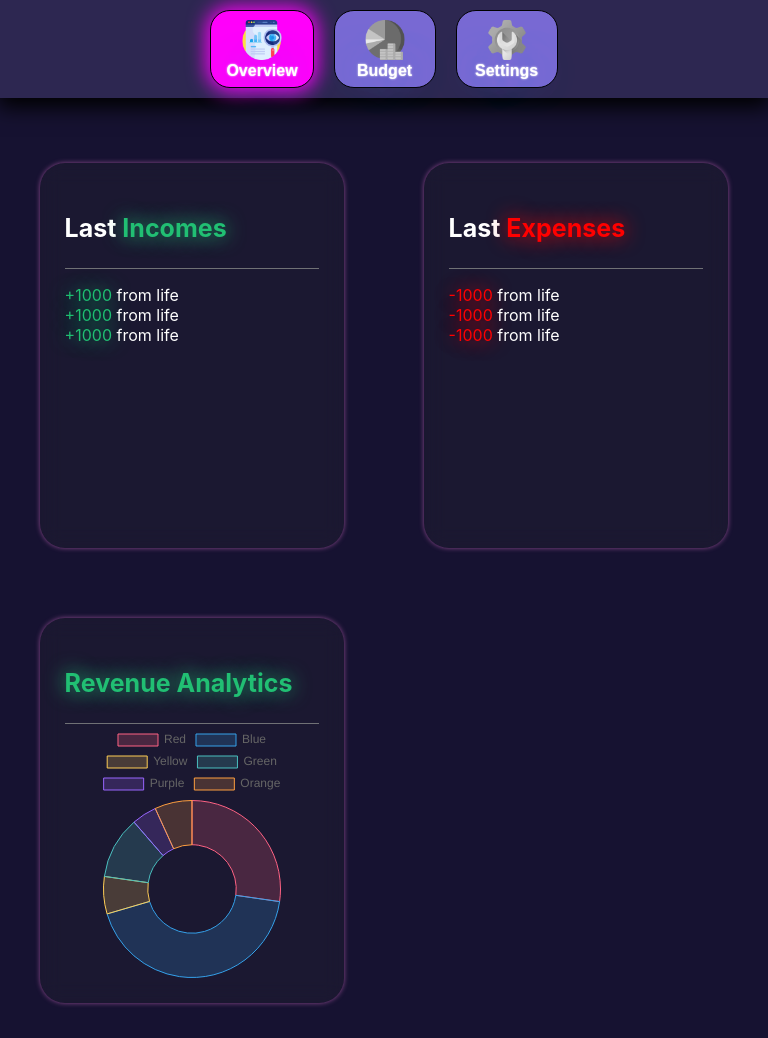
Repository: Minkeani/Money-Manager
Page: /Overview
An editor plug-in stored every save of this project. The page is shown before and after the next save, followed by the edit.
The browser window is 768 px wide. The pictures show the whole page.
The project was rebuilt for these pictures with package versions that can differ from the ones it lists, and the page was loaded fresh each time. Also part of the build but not shown: src/components/Budget/Budget.module.css, src/components/Budget/Budget.jsx, src/components/Settings/Settings.jsx, src/components/NotFound/NotFound.module.css, src/components/NotFound/NotFound.jsx.

Above is the page before, as saved 2022-07-16 19:48:58.

After the next save:
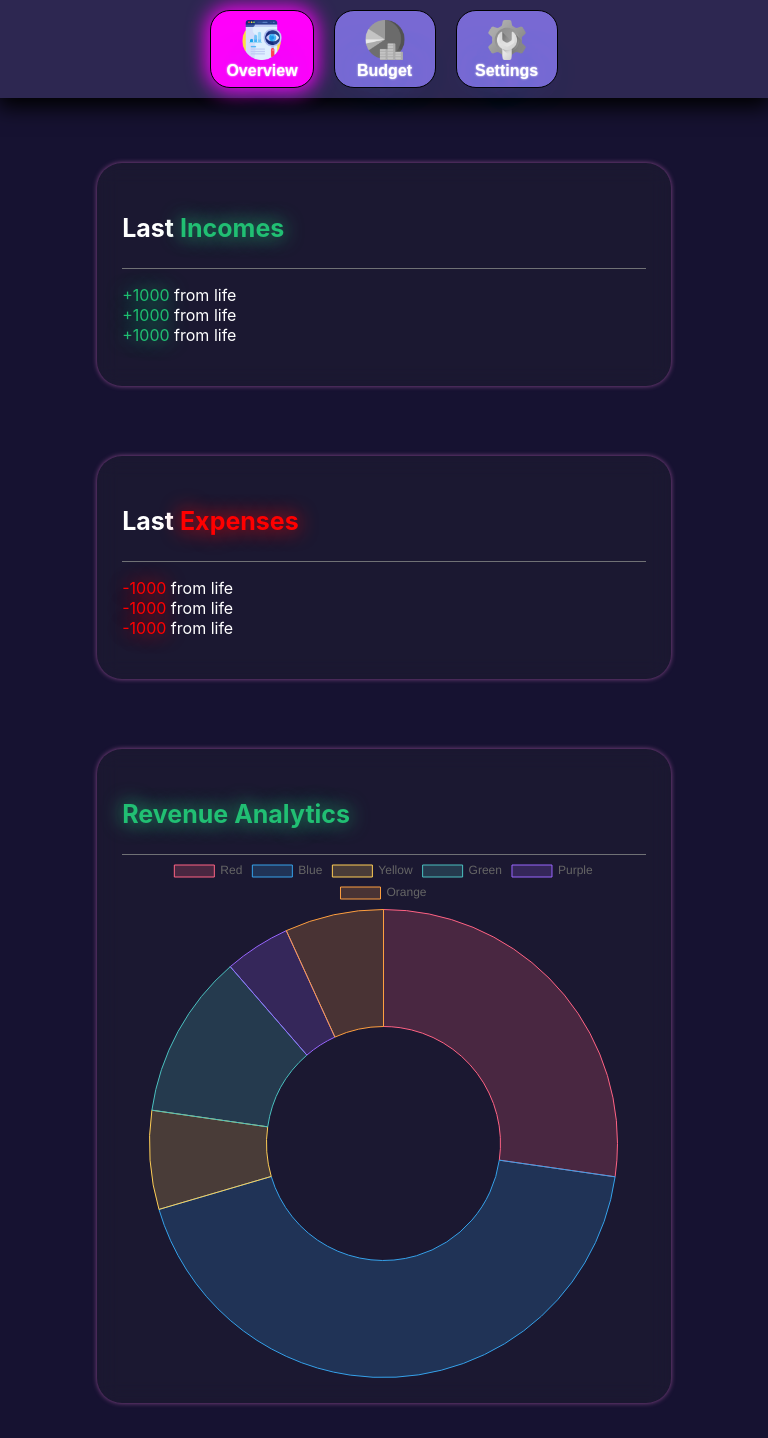
Saved 17 s later.
--- a/src/components/Overview/Overview.module.css
+++ b/src/components/Overview/Overview.module.css
@@ -9,6 +9,7 @@
 
 @media (max-width: 900px) {
     .container  {
+        grid-template-columns: 1fr;
         grid-template-rows: 1fr 1fr;
     }
   }
